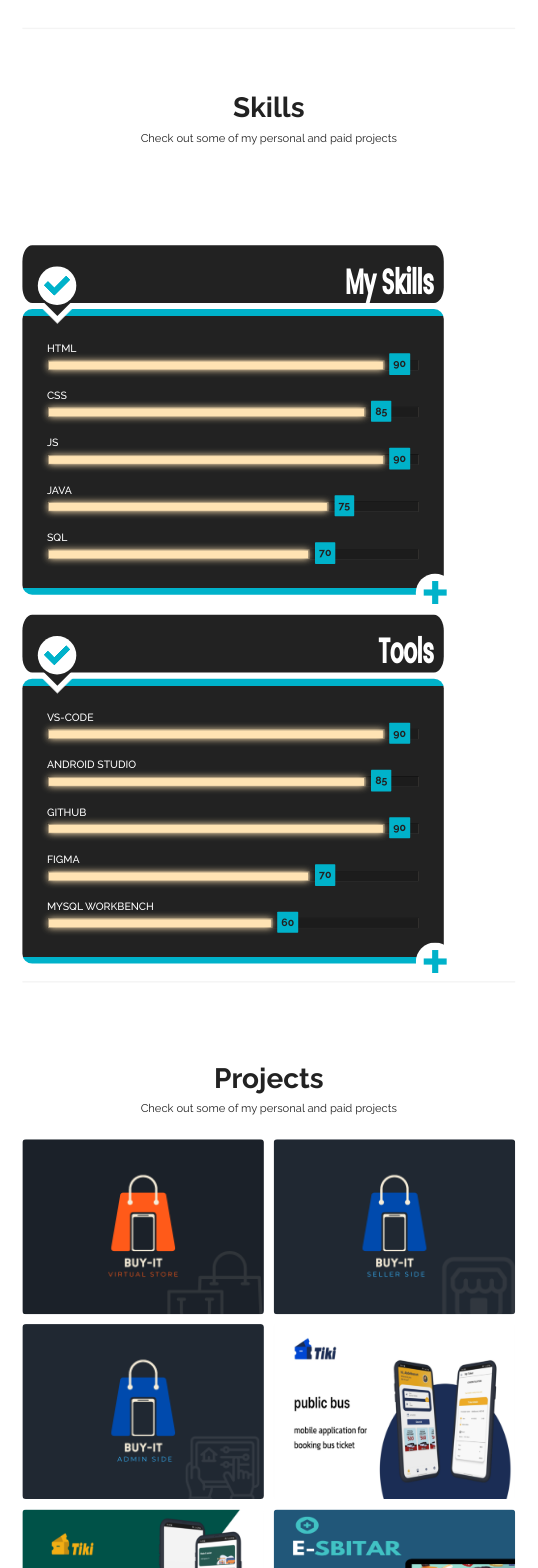
Repository: rahimmenadi/My-Website
Page: index.html
An editor plug-in stored every save of this project. The page is shown before and after a run of saves, followed by the edit.
The browser window is 768 px wide. The pictures show the part of the page from y = 741 to 2981 px (the page is 3565 px tall before and 3920 px after), at 70% of full size.

Above is the page before, as saved 2023-06-24 00:09:24.

### index.html
<!DOCTYPE html>
<html lang="en">
  <head>
    <meta charset="UTF-8" />
    <meta http-equiv="X-UA-Compatible" content="IE=edge" />
    <meta name="viewport" content="width=device-width, initial-scale=1.0" />
    <title>Abderrahim website</title>
    <!-- Primary Meta Tags -->


    <!-- Open Graph / Facebook -->

    <!-- Twitter -->


    <!-- Link -->
    <link
      rel="apple-touch-icon"
      sizes="180x180"

    />
    <link
      rel="icon"

    />
    <link
      rel="icon"
    />
    <link
      rel="icon"

    />
    <link
      rel="icon"
      type="image/png"
      sizes="512x512"

    />
    <link rel="icon" type="image/x-icon" style="width: 10px;" href="assets/favicon/favicon.ico" />
    <link rel="manifest" href="assets/favicon/site.webmanifest" />
    <link
      rel="stylesheet"
      href="https://use.fontawesome.com/releases/v5.15.4/css/all.css"
      integrity="sha384-DyZ88mC6Up2uqS4h/KRgHuoeGwBcD4Ng9SiP4dIRy0EXTlnuz47vAwmeGwVChigm"
      crossorigin="anonymous"
    />
    <link rel="stylesheet" href="css/style.css" />
    <link rel="stylesheet" href="css/utilities.css" />
    <link rel="stylesheet" href="css/skills.css">
  </head>
  <body>
    <header id="hero">
      <!-- Navbar -->
      <nav class="navbar">
        <div class="container">
          <!-- Logo -->
          <h1 id="logo">
            <a href="index.html"
              ><img src="./assets/my-logo.png" alt="Your Logo"
            /></a>
          </h1>
          <!-- Navbar links -->
          <ul class="nav-menu">
            <li><a class="nav-link" href="#projects">PROJECTS</a></li>
            <li><a class="nav-link" href="#">CONTACT</a></li>
            <li><a class="nav-link" href="#">BlOG</a></li>
            <li>
              <a
                class="nav-link btn btn-primary"
                href="https://drive.google.com/file/d/1Vr3cuGUzEaZS90SvZUjXhywFSRYMYiCT/view?usp=drive_link"
                >RESUME <i class="fas fa-arrow-right"></i
              ></a>
            </li>

            <!-- Toggle switch -->
            <div class="theme-switch">
              <input type="checkbox" id="switch" />
              <label class="toggle-icons" for="switch">
                <img class="moon" src="assets/moon.svg" />
                <img class="sun" src="assets/sun.svg" />
              </label>
            </div>
            <!-- Hamburger menu -->
          </ul>
          <div class="hamburger">
            <span class="bar"></span>
            <span class="bar"></span>
            <span class="bar"></span>
          </div>
        </div>
      </nav>

      <section class="header-container">
        <img
          class="profile-image"
          src="assets/profile.jpg"
          alt=""
        />
        <h1>Hi I'm Abderrahim Menadi <span class="wave">👋</span></h1>

        <div class="content-text">
          <h2>About Me</h2>
          <h2>Junior Front-End Web Developer.</h2>

          <p>
            I’m a Frontend Developer with a strong understanding of Responsive Web Design
             and have demonstrated past work experience working in the frontend development industry.
          </p>
        </div>
        <a
                class="nav-link btn btn-primary"
                href="https://linktr.ee/abderrahimmeandi"
                >Connect With Me <i class="fas fa-arrow-right"></i
              ></a>





      </section>
    </header>
    <section id="projectsskills" class="project-container container">
      <div class="division"></div>
      <div class="content-text">
        <h2>Skills</h2>
        <p>Check out some of my personal and paid projects</p>
      </div>
 <article class="project">

        <!-- Project 1 -->
        <div class="content">
          <div class="profile-skills">
            <div>
              <input type="checkbox" id="sk1">
              <label for="sk1"></label>
              <ul class="skills skills1">
                <li class="sk-cms"><span>HTML</span></li>
                <li class="sk-dtb"><span>CSS</span></li>
                <li class="sk-dis"><span>JS</span></li>
                <li class="sk-pro"><span>Java</span></li>
                <li class="sk-ani"><span>SQL</span></li>
                <li class="more">
                  <input type="checkbox" id="more-con"><label for="more-con"></label>
                  <div><span>RWD</span><span>Animation</span><span>CHARTS</span><span>API</span><span>BE Linker</span><span>BDD</span></div>
                </li>
              </ul>
            </div>
            <div>
            <input type="checkbox" id="sk2">
            <label for="sk2"></label>
            <ul class="skills skills2">
              <li class="sk-gim"><span>VS-code</span></li>
              <li class="sk-not"><span>Android Studio</span></li>
              <li class="sk-wor"><span>Github</span></li>
              <li class="sk-tri"><span>figma</span></li>
              <li class="sk-ado"><span>MySQL Workbench</span></li>

              <li class="more">
                <input type="checkbox" id="more-pro"><label for="more-pro"></label>
                <div><span>GIT</span><span>Firebase</span><span>IntelliJ IDEA</span><span>Visual paradigm</span></div>
              </li>
            </ul>
            </div>

        </div>
      </article>


    </section>

    <!-- Projects -->
    <section id="projects" class="project-container container">
      <div class="division"></div>
      <div class="content-text">
        <h2>Projects</h2>
        <p>Check out some of my personal and paid projects</p>
      </div>

      <article class="project">
        <!-- Project 1 -->
        <div href="" class="card">
          <div class="project-info">
            <div class="project-bio">
              <h3>Buy-it</h3>
              <p>HTML, CSS, SASS, JS, Node-JS</p>
            </div>

            <div class="project-link">
              <a href="https://github.com/rahimmenadi/projectx" target="_blank"><i class="fab fa-github"></i></a>
              <a href="#" target="_blank"><i class="fas fa-globe"></i></a>
            </div>
          </div>
        </div>

        <!-- Project 2 -->
        <div href="" class="card">
          <div class="project-info">
            <div class="project-bio">
              <h3>Buy-it Seller Side</h3>
              <p>HTML, CSS, SASS, JS, Node-JS</p>
            </div>

            <div class="project-link">
              <a href="https://github.com/rahimmenadi/projectx" target="_blank"><i class="fab fa-github"></i></a>
              <a href="#" target="_blank"><i class="fas fa-globe"></i></a>
            </div>
          </div>
        </div>

        <!-- Porject 3 -->
        <div href="" class="card">
          <div class="project-info">
            <div class="project-bio">
              <h3>Buy-it Admin Side</h3>
              <p>HTML, CSS, SASS, JS, Node-JS</p>
            </div>

            <div class="project-link">
              <a href="https://github.com/rahimmenadi/projectx" target="_blank"><i class="fab fa-github"></i></a>
              <a href="#" target="_blank"><i class="fas fa-globe"></i></a>
            </div>
          </div>
        </div>

        <!-- Project 4 -->
        <div href="" class="card">
          <div class="project-info">
            <div class="project-bio">
              <h3>Tiki</h3>
              <p>Java,  Firebase</p>
            </div>

            <div class="project-link">
              <a href="https://github.com/rahimmenadi/Tiki" target="_blank"><i class="fab fa-github"></i></a>
              <a href="https://mega.nz/file/mu5gybiB#gw8IHSz2v9bFG0ZwwQFL_AMZv8WIdCRUhiW0hA_XVq8" target="_blank"><i class="fas fa-globe"></i></a>
            </div>
          </div>
        </div>

        <!-- Project 5 -->
        <div href="" class="card">
          <div class="project-info">
            <div class="project-bio">
              <h3>Tiki Admin</h3>
              <p>Java,  Firebase</p>
            </div>

            <div class="project-link">
              <a href="https://github.com/rahimmenadi/Tiki" target="_blank"><i class="fab fa-github"></i></a>
              <a href="https://mega.nz/file/K7xAAYyK#4BQzPwOJpC8L00cKX2bVBURrUfcqUJ3T-dvLVdOQe9E" target="_blank"><i class="fas fa-globe"></i></a>
            </div>
          </div>
        </div>

        <!-- Project 6 -->
        <div href="" class="card">
          <div class="project-info">
            <div class="project-bio">
              <h3>E-sbitar</h3>
              <p>JavaFX, CSS, SQL</p>
            </div>

            <div class="project-link">
              <a href="https://github.com/rahimmenadi/E-SBITAR" target="_blank"><i class="fab fa-github"></i></a>
              <a href="https://drive.google.com/drive/folders/1nvo8g8NKInz3Hvw1Pheuo8E3XhV_Ej0T?usp=drive_link" target="_blank"><i class="fas fa-globe"></i></a>
            </div>
          </div>
        </div>
      </article>

      <a href="https://github.com/rahimmenadi" class="btn btn-secondary"
        target="_blank" >See More <i class="fas fa-arrow-right"></i
      ></a>
    </section>

    <footer id="footer">
      <div class="container">
        <a href="mailto:a.menadi@esi-sba.dz">a.menadi@esi-sba.dz</a>
        <!-- Social links -->
        <div class="social">

          <a href="https://www.linkedin.com/in/abderrahim-menadi/" target="_blank"
            ><img src="./assets/linkedin-icon.svg" alt="Linkedin"
          /></a>
          <a href="https://github.com/rahimmenadi" target="_blank"><img src="./assets/github-icon.svg" alt="GitHub" /></a>

        </div>
        <!-- Attribution -->
        <div class="attribution">

            <img
              src="/assets/my-logo.png"
              alt="attribution"
              width="80px"

            />

        </div>
        <p>Copyright &copy; Abderrahim-Menadi <span id="datee"></span>, All rights reserved</p>
      </div>
    </footer>
    <script src="js/script.js"></script>
  </body>
</html>

### css/style.css
/* This is the required project styling. Will contain essential CSS styles like:
   * Flex property
   * Grid layout
   * Cards and sections
*/

@import url(https://fonts.googleapis.com/css?family=Raleway:100,200,300,regular,500,600,700,800,900,100italic,200italic,300italic,italic,500italic,600italic,700italic,800italic,900italic);

/* variables */
:root {
  /* Colors */
  --primary-color: #53D2DC  ;
  --secondary-color: #FFE3B3  ;
  --bg-primary: #ffffff;
  --text-color: #222222;
  --text-color-two: #ffffff;
  --bg-secondary: #000000;
  --card-background: #f4f4f4;
  --bg-secondary-two: #111111;

  --shadow: 0 10px 40px rgba(0, 0, 0, 0.2);

  /* Font Weight */
  --weight-small: 400;
  --weight-semibold: 600;
  --weight-bold: 800;

  /* Max width */
  --width-small: 600px;
  --width-medium: 1100px;
  --width-large: 1300px;
}

[data-theme="dark"] {
  --primary-color: #53D2DC  ;
  --secondary-color: #FFE3B3  ;
  --bg-primary: #000000;
  --text-color: #ffffff;
  --text-color-two: #222222;
  --bg-secondary: #ffffff;
  --card-background: #111111;
  --bg-secondary-two: #f4f4f4;
  --shadow: 0 2px 10px rgba(95, 95, 95, 0.2);
}

html {
  font-size: 100%;
  scroll-behavior: smooth;
}

/* Reset default styling */
* {
  margin: 0;
  padding: 0;
  box-sizing: border-box;
}

ul {
  list-style: none;
}

a {
  text-decoration: none;
  color: var(--text-color);
}

/* Main styling */
body {
  background: var(--bg-primary);
  color: var(--text-color);
  font-family: "Raleway", sans-serif;
  line-height: 1.5;
}

/* Navbar */
.navbar {
  position: fixed;
  top: 0;
  left: 0;
  right: 0;
  z-index: 20;
  background: var(--bg-primary);
}

.navbar .container {
  display: flex;
  align-items: center;
  justify-content: space-between;
  z-index: 20;
  height: 80px;
  width: 100%;
}

.navbar .nav-menu {
  display: flex;
  align-items: center;
  background: var(--bg-primary);
}

.navbar .nav-link {
  margin: 0 1rem;
  font-size: 0.8rem;
  font-weight: var(--weight-semibold);
}

.navbar #logo img {
  display: block;
  width: 180px;
  margin-top: 60px;
}

.navbar .btn {
  margin-right: 1.5rem;
}

.fas.fa-arrow-right {
  margin-left: 0.5rem;
  font-size: 0.9rem;
}

/* hamburger */
.hamburger {
  margin-bottom: 0.1rem;
  display: none;
}

.bar {
  display: block;
  width: 23px;
  height: 3px;
  margin: 4px auto;
  transition: all 0.3s ease-in-out;
  border-radius: 30px;
  background-color: var(--bg-secondary);
}

/* Hero section */
#hero {
  display: flex;
  flex-direction: column;
  height: 100%;
}

.profile-image {
  width: 190px;
  border-radius: 30%;
  animation: bounce 1s infinite alternate;
}

@keyframes bounce {
  from {
    transform: translateY(0px);
  }

  to {
    transform: translateY(-12px);
  }
}

.division {
  width: 100%;
  height: 2px;
  background-color: var(--card-background);
  margin: 5.5rem 0;
}
/* Projects */

#projects {
  display: flex;
  flex-direction: column;
  margin: 2rem auto 5rem;

}

#projects .btn {
  align-self: center;
  margin: 2rem 0;
}

.project {
  display: grid;
  grid-template-columns: repeat(3, 1fr);
  grid-auto-rows: minmax(250px, auto);
  grid-gap: 0.9rem;
}

.card .project-bio p {
  font-size: 0.83rem;
}

.card .project-bio h3 {
  font-size: 0.9rem;
}

.project-info {
  display: flex;
  justify-content: space-between;
  opacity: 0;
  position: relative;
  transition: 0.5s ease-in-out;
}

.project-bio {
  display: flex;
  flex-direction: column;
  justify-content: flex-end;
  position: relative;
  top: 160px;
  left: 10px;
}

/* Footer */
#footer {
  background: #111111;
}

#footer .container {
  display: flex;
  flex-direction: column;
  align-items: center;
  justify-content: center;
  color: #ffffff;
  min-height: 160px;
  text-align: center;
}

#footer a {
  font-size: 0.8rem;
  color: #fff;
}

#footer a:hover {
  opacity: 0.6;
}

#footer .social {
  margin: 0.9rem 0;
}

#footer .social img {
  width: 20px;
  height: 20px;
}

#footer .social a {
  margin: 0 0.5rem;
}

#footer p {
  font-size: 0.8rem;
}

/* Responsiveness */

@media (max-width: 1000px) {
  .project {
    display: grid;
    grid-template-columns: repeat(2, 1fr);
  }

  .content{
    margin-top: 100px;
    align-items: center;
  }


}

@media (max-width: 768px) {
  #projectsskills{
    margin-bottom: 460px;

  }

}

@media (max-width: 670px) {
  .navbar .nav-menu {
    position: fixed;
    right: -100vw;
    top: 4.5rem;
    flex-direction: column;
    width: calc(80% - 10px);
    transition: 0.3s;
    box-shadow: var(--shadow);
    padding: 2rem;
    border-radius: 5px;
    align-items: flex-start;
  }

  .navbar .btn {
    margin: 0;
    margin-top: 1rem;
  }

  .nav-menu.active {
    right: 20px;
  }

  .nav-menu .nav-link {
    font-size: 0.9rem;
    margin: 0 0.2rem;
  }

  .nav-menu li {
    margin-bottom: 0.5rem;
    width: 100%;
  }

  .nav-menu .btn {
    width: 100%;
    text-align: center;
    margin-top: 0.5rem;
  }

  .hamburger {
    display: block;
    cursor: pointer;
    padding: 0.2rem 0.4rem;
  }

  .hamburger.active {
    border: 1px dotted gray;
  }

  .hamburger.active .bar:nth-child(2) {
    opacity: 0;
  }

  .hamburger.active .bar:nth-child(1) {
    transform: translateY(6px) rotate(45deg);
  }

  .hamburger.active .bar:nth-child(3) {
    transform: translateY(-8px) rotate(-45deg);
  }
}

@media (max-width: 600px) {
  .project {
    display: grid;
    grid-template-columns: 1fr;
  }
  #projectsskills{
    margin-bottom: 500px;

  }

  .header-container .btn {
    border-radius: 5px;
    width: 80%;
  }
}
.wave {
  animation-name: wave-animation;  /* Refers to the name of your @keyframes element below */
  animation-duration: 1.5s;        /* Change to speed up or slow down */
  animation-iteration-count: infinite;  /* Never stop waving :) */
  transform-origin: 70% 70%;       /* Pivot around the bottom-left palm */
  display: inline-block;
}

@keyframes wave-animation {
    0% { transform: rotate( 0.0deg) }
   10% { transform: rotate(14.0deg) }  /* The following five values can be played with to make the waving more or less extreme */
   20% { transform: rotate(-8.0deg) }
   30% { transform: rotate(14.0deg) }
   40% { transform: rotate(-4.0deg) }
   50% { transform: rotate(10.0deg) }
   60% { transform: rotate( 0.0deg) }  /* Reset for the last half to pause */
  100% { transform: rotate( 0.0deg) }
}

### css/utilities.css
/* ?This is where reusable styling of this template will be.
   !Will contain things like:
   * Button styling
   * Background color styling
   * padding and margin
*/

.container {
  max-width: var(--width-medium);
  margin: 0 auto;
  padding: 1rem 2rem;
}

h1::selection,
h2::selection {
  color: #111;
  background: var(--primary-color);
}

/* Buttons */
.btn {
  display: inline-block;
  padding: 0.75rem 1.9rem;
  border-radius: 30px;
  text-transform: uppercase;
  font-size: 0.82rem;
  transition: 0.3s;
}


.btn-primary {
  background: var(--primary-color);
  color: #000000;
  font-weight:700 ;
}

.btn-secondary {
  margin: 5px 0;
  background-color: var(--bg-secondary);
  color: var(--bg-primary);
}

/* add hover to resume button */
.btn-primary:hover {
  background: var(--secondary-color);
}


/* Dark mode toggle */
#switch {
  display: none;
}

.toggle-icons {
  display: flex;
  justify-content: space-between;
  align-items: center;
  cursor: pointer;
}

.toggle-icons > img {
  transition: 0.6s cubic-bezier(0.23, 1, 0.32, 1);
  width: 30px;
}

.moon {
  transform: rotate(10deg);
}

#switch:checked + .toggle-icons .moon {
  transform: rotate(250deg);
}

#switch:checked + .toggle-icons .sun {
  transform: rotate(100deg);
}

/* Header Container */
.header-container {
  display: flex;
  flex-direction: column;
  align-items: center;
  justify-content: center;
  margin-top: 8rem;
  padding: 1rem;
}

.header-container > div {
  margin-top: 1rem;
}

.content-text {
  text-align: center;
  margin: 1.5rem 0;
}

.content-text h2 {
  font-size: 3rem;
  line-height: 1.2;
  transition: 0.2s ease-in-out;
}

.content-text p {
  padding: 0.5rem;
  margin: 0 auto;
  max-width: 700px;
}

/* Project cards */
.card {
  padding: 1rem;
  background: var(--card-background);
  color: #ffffff;
  border-radius: 5px;
  transition: 0.4s ease-in-out;
  cursor: pointer;
}

.card a {
  color: #ffffff;
  transition: 0.25s ease-in-out;
  font-size: 1.1rem;
  margin-right: 0.3rem;
}

.card a:hover {
  color: var(--primary-color);
}

.card:hover {
  box-shadow: inset 0 100px 1000px 10px rgba(0, 0, 0, 0.8);
}

.card:hover .project-info {
  opacity: 1;
}

/* Project Images */

/* project 1 */
.card:nth-child(1) {

  background: url(../assets/project/buy-it.png) center center/cover;
}

/* Project 2 */
.card:nth-child(2) {
  background: url(../assets/project/seller-it.png) center center/cover;
}

/* Project 3 */
.card:nth-child(3) {
  background: url(../assets/project/admin-it.png) center center/cover

}

/* Project 4 */
.card:nth-child(4) {
  background: url(../assets/project/tkiii.png) center center/cover;
}

/* Project 5 */
.card:nth-child(5) {
  background: url(../assets/project/tiki-admin3.png) center center/cover;
}

/* Project 6 */
.card:nth-child(6) {
  background: url(../assets/project/e-sbitar.png) center center/cover;
}

/* Media Queries */
@media (max-width: 768px) {
  .header-container {
    margin-top: 7rem;
    text-align: center;
  }

  .content-text h2 {
    font-size: 2.5rem;
  }
}

Loaded but not shown: js/script.js (67 lines, source omitted); css/skills.css (573 lines, source omitted)

After the next 2 saves:
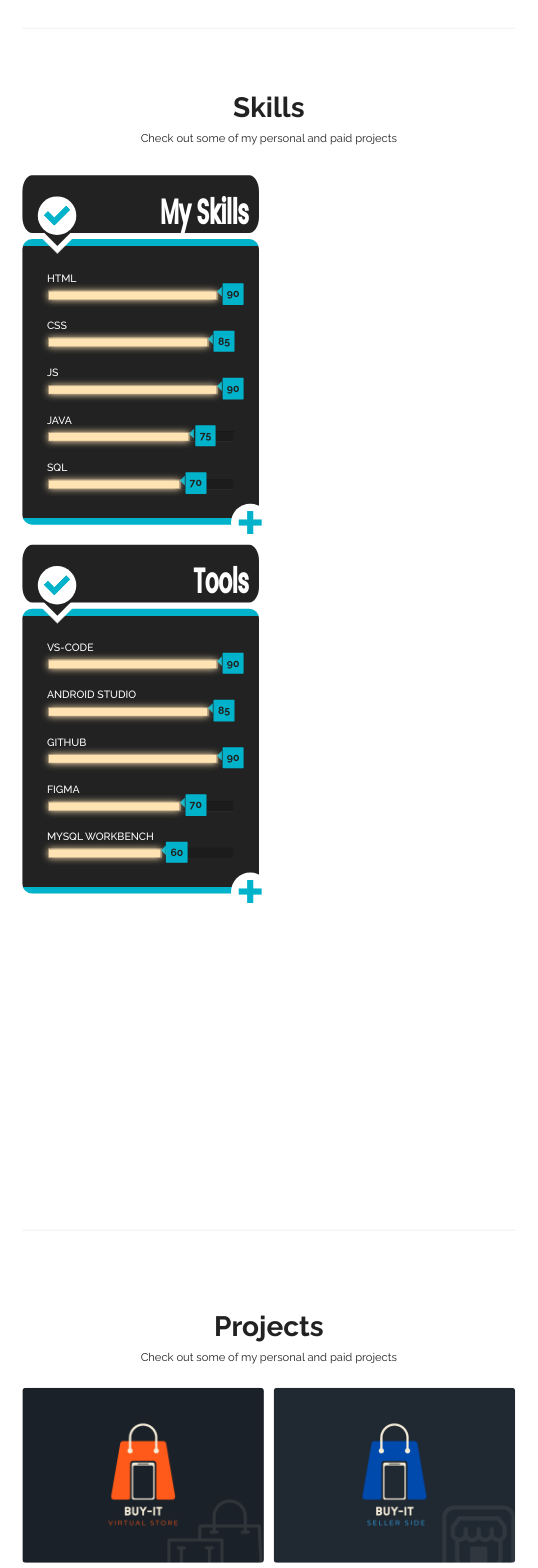
The 2 saves are shown as one change because they came seconds apart.
The last was saved 21 s later.
--- a/css/style.css
+++ b/css/style.css
@@ -260,6 +260,7 @@
 
   .content{
     margin-top: 100px;
+    display: contents;
     align-items: center;
   }
 

After the save that followed:
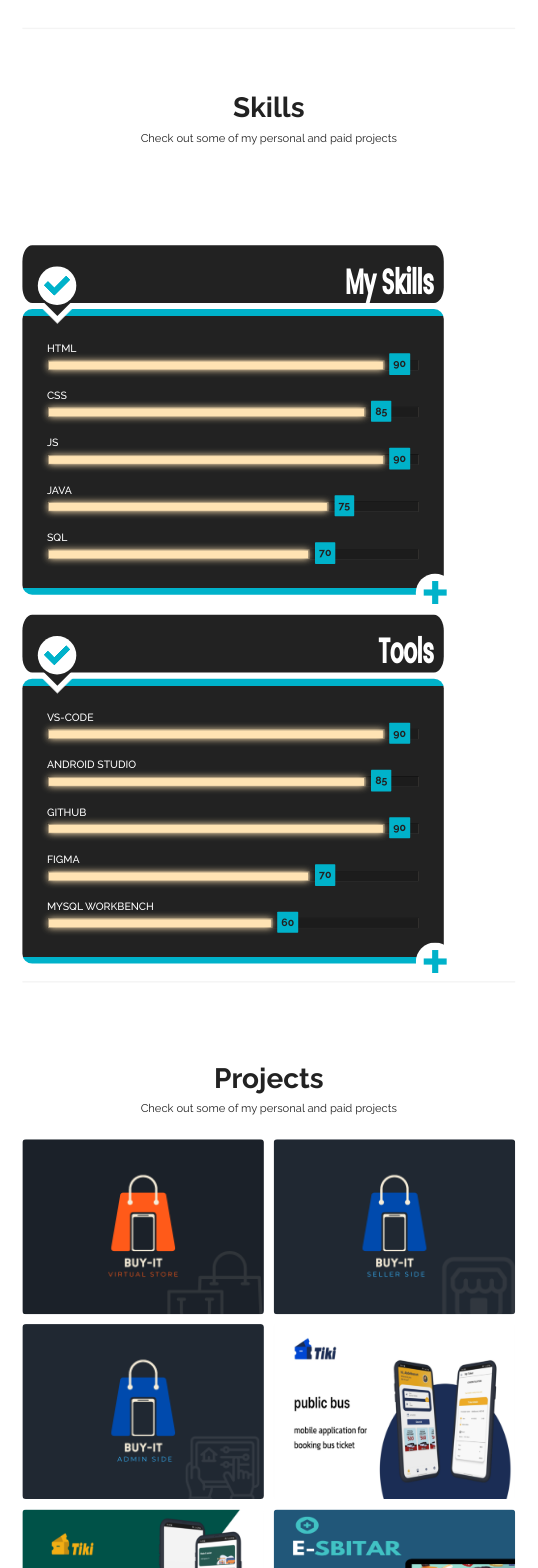
Saved 5 s later.
--- a/css/style.css
+++ b/css/style.css
@@ -260,7 +260,7 @@
 
   .content{
     margin-top: 100px;
-    display: contents;
+    display:flex
     align-items: center;
   }
 
